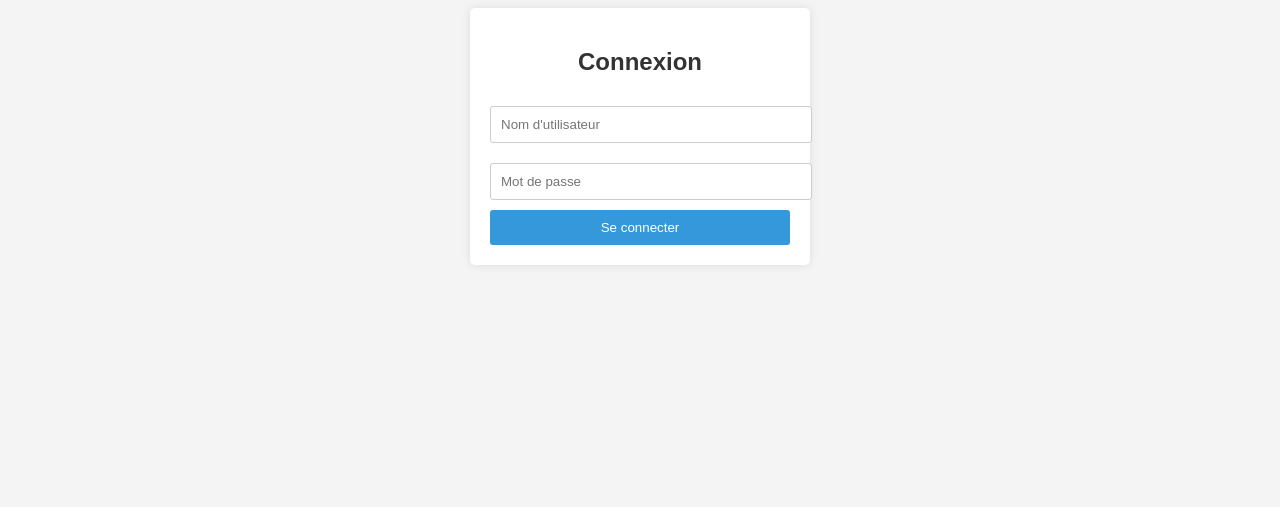
Repository: DylanEverest/master-to-master
Page: Clustering_Project/Front/Home.html
The author's editor kept a copy of each file at every save. The page is drawn from the files as they stood at one save, then again after the next save.
The browser window is 1280 px wide. The pictures show the whole page.

Above is the page before, as saved 2023-10-30 05:13:52.

### Clustering_Project/Front/Home.html
<!DOCTYPE html>
<html>
<head>
    <meta charset="UTF-8">
    <title>Page de Login</title>
    <style>
        body {
            font-family: Arial, sans-serif;
            background-color: #f4f4f4;
        }
        .login-container {
            width: 300px;
            margin: 0 auto;
            padding: 20px;
            background-color: #fff;
            border-radius: 5px;
            box-shadow: 0 0 10px rgba(0, 0, 0, 0.1);
            text-align: center;
        }
        h2 {
            color: #333;
        }
        input[type="text"],
        input[type="password"] {
            width: 100%;
            padding: 10px;
            margin: 10px 0;
            border: 1px solid #ccc;
            border-radius: 3px;
        }
        input[type="submit"] {
            width: 100%;
            padding: 10px;
            background-color: #3498db;
            color: #fff;
            border: none;
            border-radius: 3px;
            cursor: pointer;
        }
    </style>
</head>
<body>
    <div class="login-container">
        <h2>Connexion</h2>
        <form action="" method="post">
            <input type="text" name="username" placeholder="Nom d'utilisateur" required>
            <input type="password" name="password" placeholder="Mot de passe" required>
            <input type="submit" value="Se connecter">
        </form>
    </div>
</body>
</html>

After the next save:
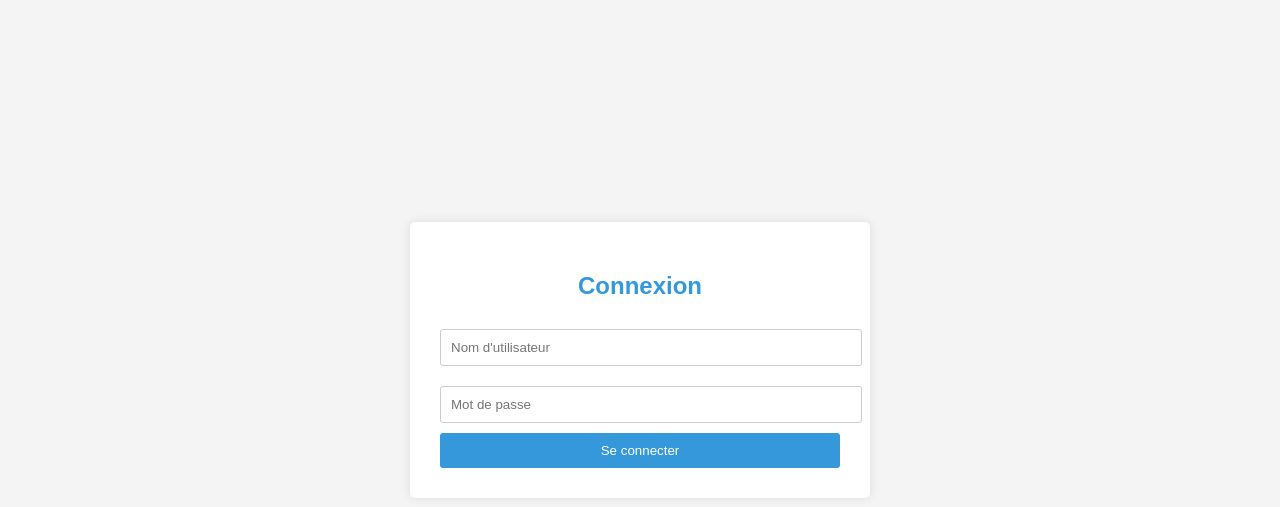
Saved 3 min 53 s later.
--- a/Clustering_Project/Front/Home.html
+++ b/Clustering_Project/Front/Home.html
@@ -7,18 +7,23 @@
         body {
             font-family: Arial, sans-serif;
             background-color: #f4f4f4;
+            margin: 0;
+            padding: 0;
+            display: flex;
+            justify-content: center;
+            align-items: center;
+            height: 100vh;
         }
         .login-container {
-            width: 300px;
-            margin: 0 auto;
-            padding: 20px;
+            text-align: center;
             background-color: #fff;
             border-radius: 5px;
             box-shadow: 0 0 10px rgba(0, 0, 0, 0.1);
-            text-align: center;
+            padding: 30px;
+            width: 400px;
         }
         h2 {
-            color: #333;
+            color: #3498db;
         }
         input[type="text"],
         input[type="password"] {
@@ -42,7 +47,7 @@
 <body>
     <div class="login-container">
         <h2>Connexion</h2>
-        <form action="" method="post">
+        <form action="votre_script_de_connexion.php" method="post">
             <input type="text" name="username" placeholder="Nom d'utilisateur" required>
             <input type="password" name="password" placeholder="Mot de passe" required>
             <input type="submit" value="Se connecter">
